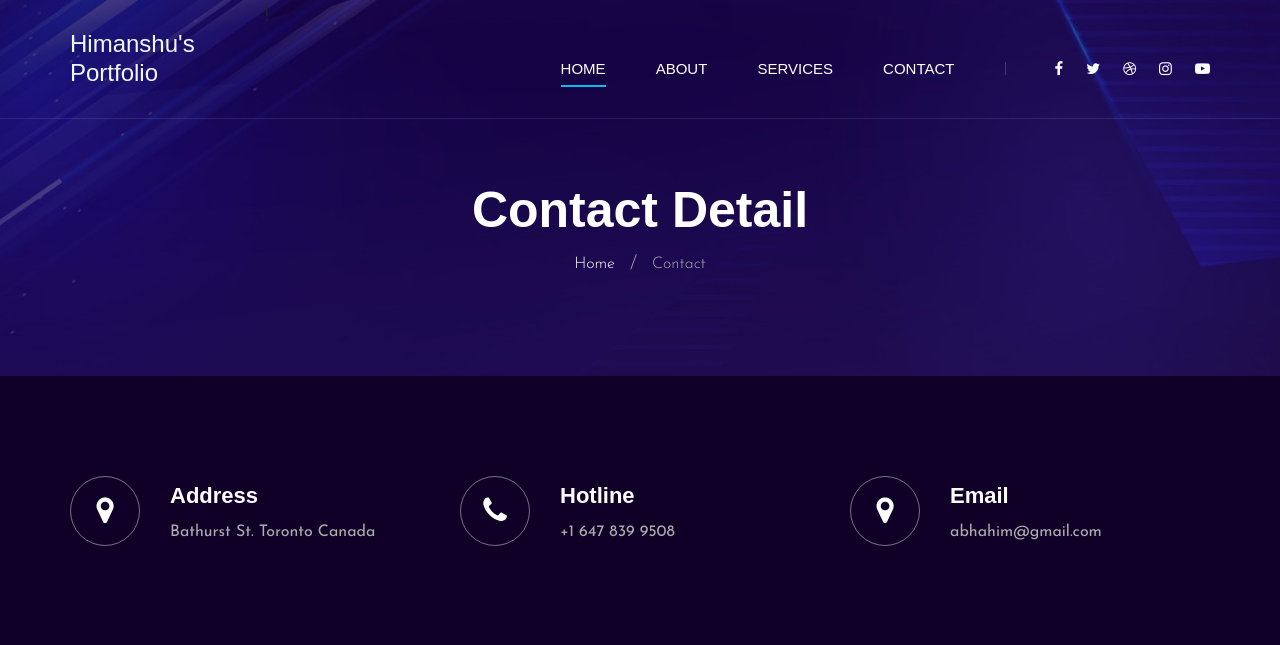
Repository: codexshot/himanshu-portfolio.io
Page: contact.html
The author's editor kept a copy of each file at every save. The page is drawn from the files as they stood at one save, then again after the next save.
The browser window is 1280 px wide. The pictures show the part of the page from y = 0 to 645 px (the page is 1717 px tall).
Pictures or frames that could not be fetched are drawn as grey boxes. Some web fonts or font styles are not loaded; a fallback is used.

Above is the page before, as saved 2024-04-14 20:03:17.

After the next save:
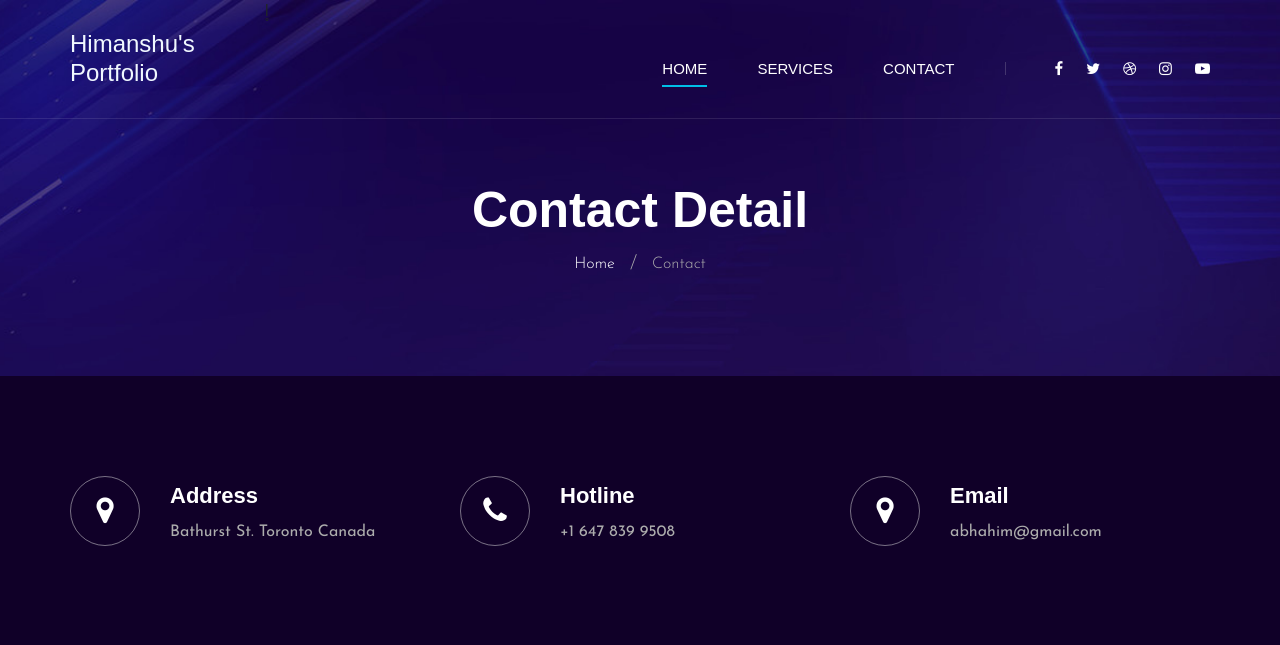
Saved 7 s later.
--- a/contact.html
+++ b/contact.html
@@ -44,7 +44,7 @@
                         <nav class="header__nav__menu mobile-menu">
                             <ul>
                                 <li class="active"><a href="./index.html">Home</a></li>
-                                <li><a href="./about.html">About</a></li>
+
 
                                 <li><a href="./services.html">Services</a></li>
                                 <li><a href="./contact.html">Contact</a></li>
